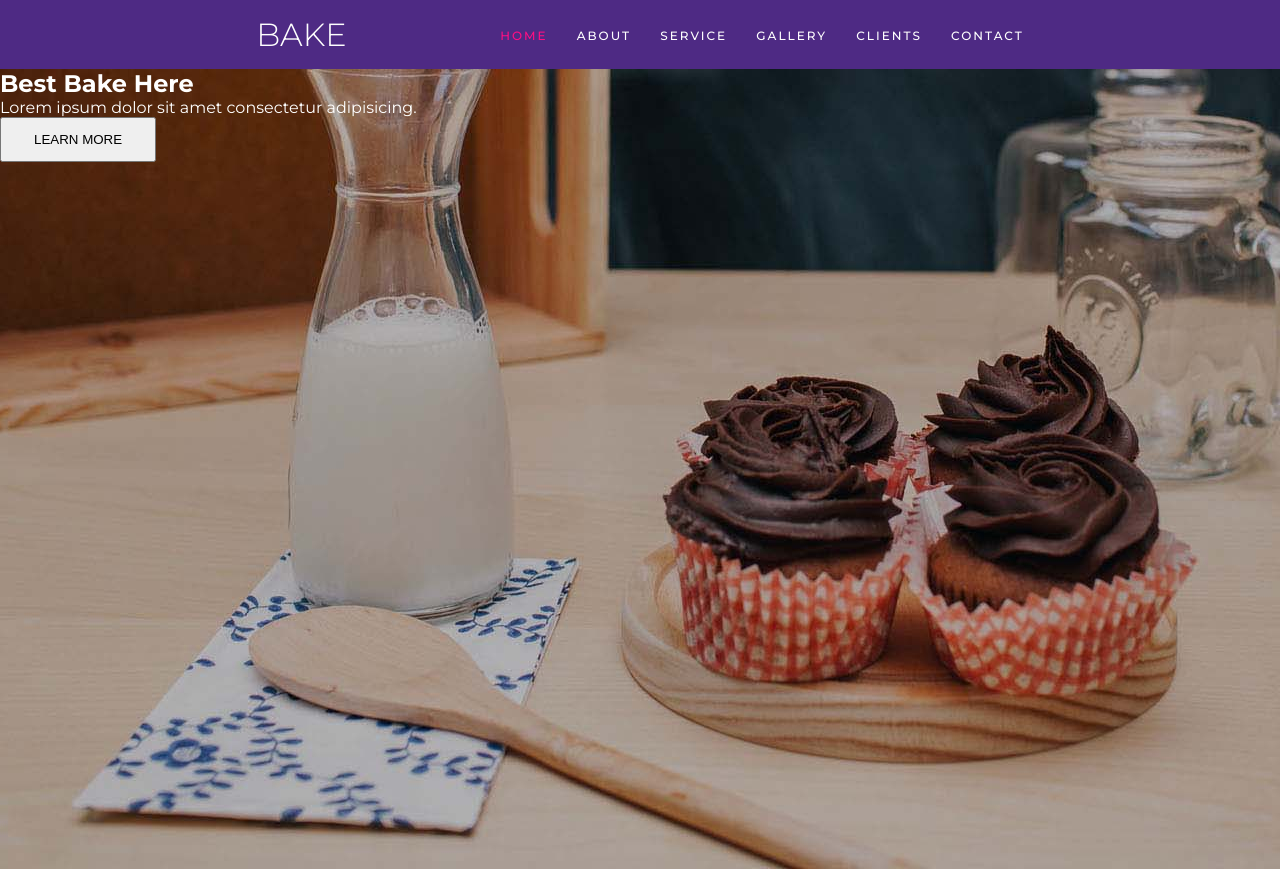
Repository: giahuy405/Bake
Page: index.html
An editor plug-in stored every save of this project. The page is shown before and after the next save, followed by the edit.
The browser window is 1280 px wide. The pictures show the whole page.

Above is the page before, as saved 2022-09-13 14:42:09.

After the next save:
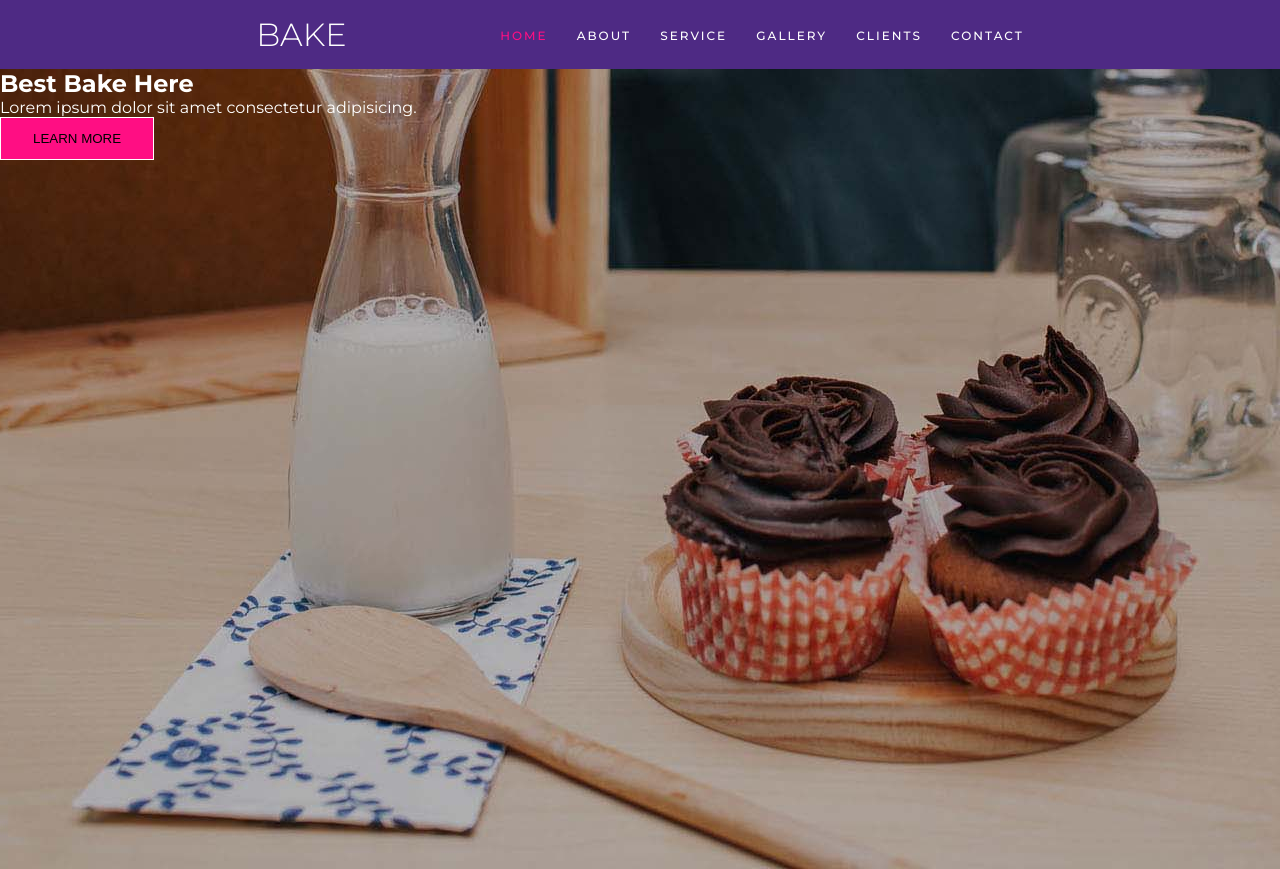
Saved 13 s later.
--- a/css/index.css
+++ b/css/index.css
@@ -52,4 +52,6 @@
 }
 button{
     padding: 13px 32px;
+    background-color: #ff0e83;
+    border: 1px solid white;
 }
